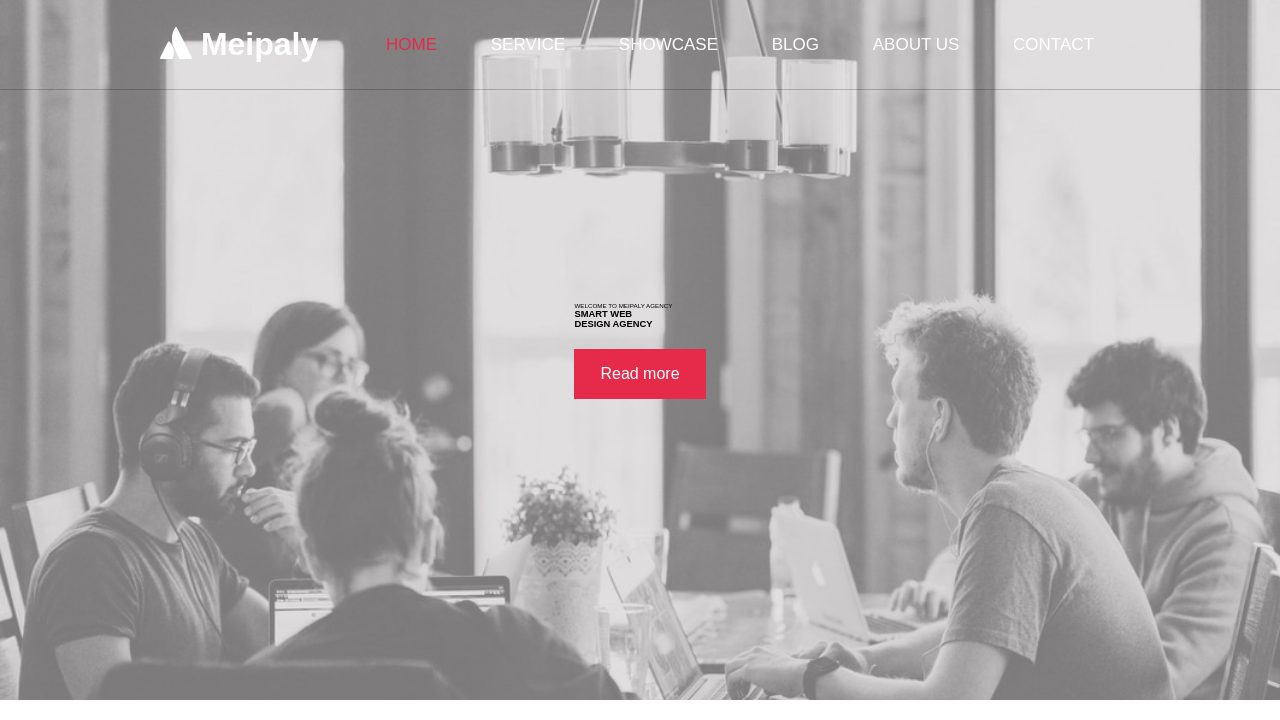
Repository: tudo1611/BC44_HTML5-CSS3_B6_MAIPALY_DO-TRUNG-TU
Page: index.html
These files come from the project's save history. The page is drawn as it stood at one moment and after a run of saves; the edit follows.
The browser window is 1280 px wide. The pictures show the whole page.

Above is the page before, as saved 2023-01-15 14:58:43.

After the next 2 saves:
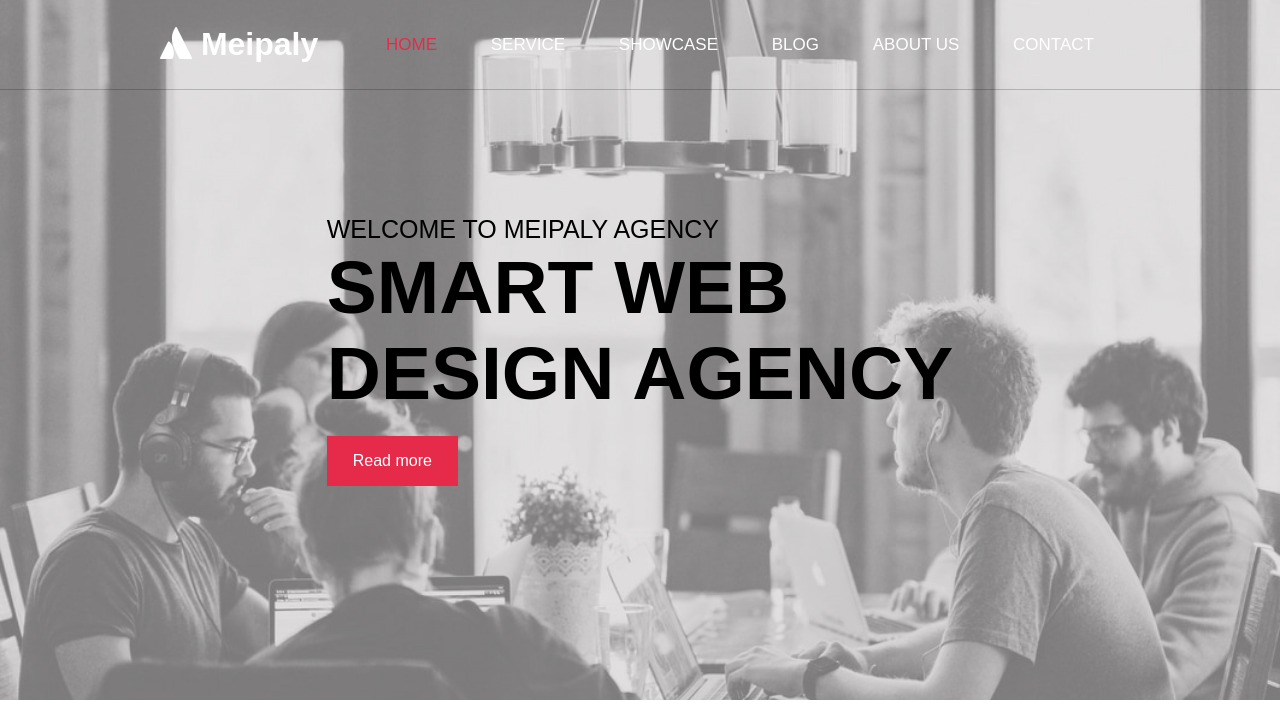
The 2 saves are shown as one change because they came seconds apart.
The last was saved 6 s later.
--- a/css/style.css
+++ b/css/style.css
@@ -56,10 +56,10 @@
     justify-content: center;
     align-items: center;
 }
-.carosel__content p{
+.carousel__content p{
     font-size: 2.5rem;
 }
-.carosel__content h1{
+.carousel__content h1{
     font-size: 7.5rem;
 }
 .carousel__content button {
